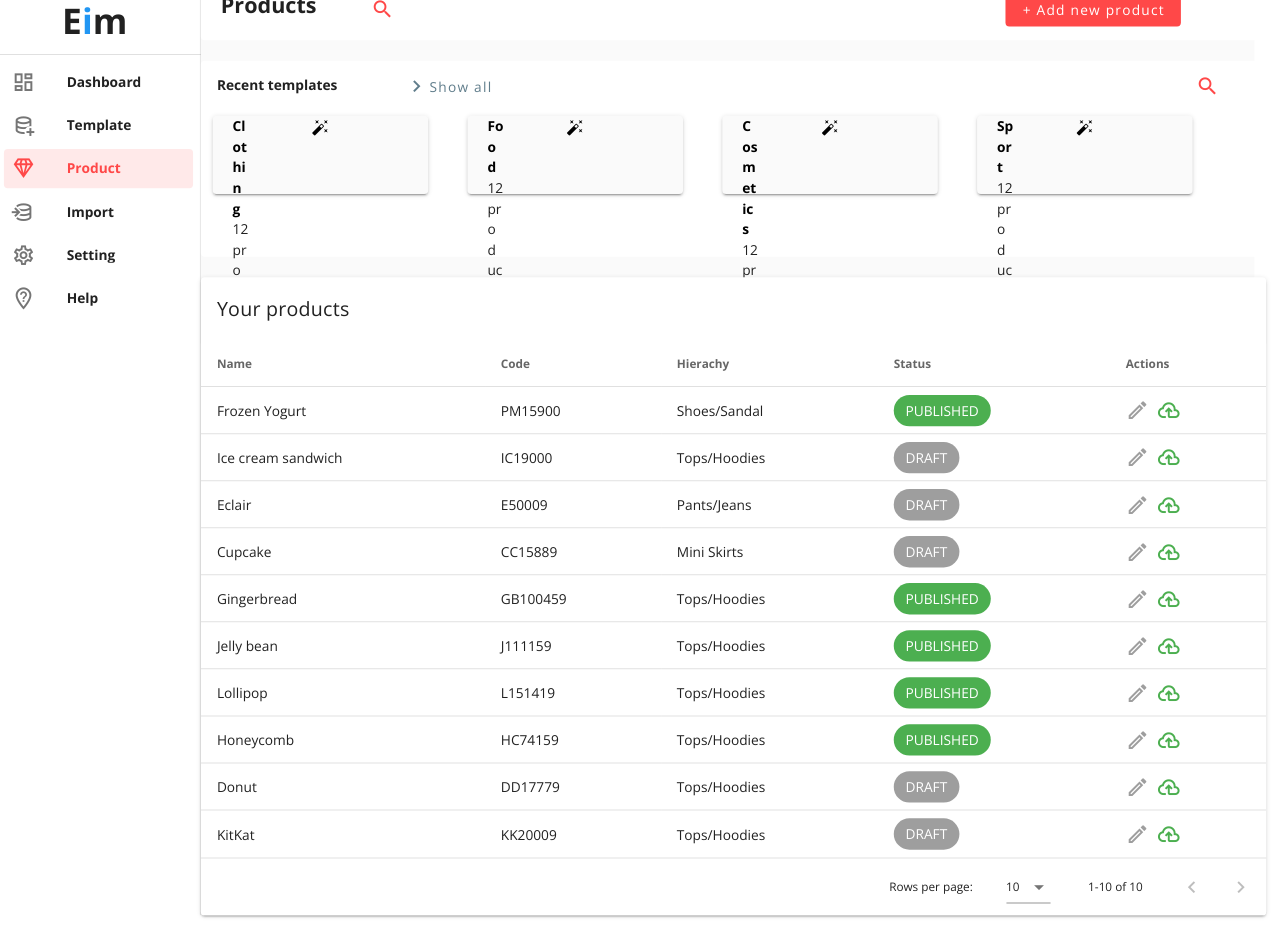
Repository: nguyenphuong152/pim-template
Page: /product
An editor plug-in stored every save of this project. The page is shown before and after the next save, followed by the edit.
The browser window is 1280 px wide. The page is 1304 px wide, so the pictures cover 1304 px, including what lies to the right of the window. The pictures show the whole page, at 98% of full size.
The project was rebuilt for these pictures with package versions that can differ from the ones it lists, and the page was loaded fresh each time. Also part of the build but not shown: vue.config.js, src/views/Home.vue, src/components/Outcome_1/SearchTemplate.vue, src/components/Outcome_1/YourTemplate.vue, src/components/Outcome_1/ListComponent.vue, src/components/Outcome_1/AddInfo.vue, src/components/Outcome_1/AddDetail.vue, src/components/Outcome_1/ListComponentProgressive.vue and 18 more.

Above is the page before, as saved 2021-01-19 09:30:42.

After the next save:
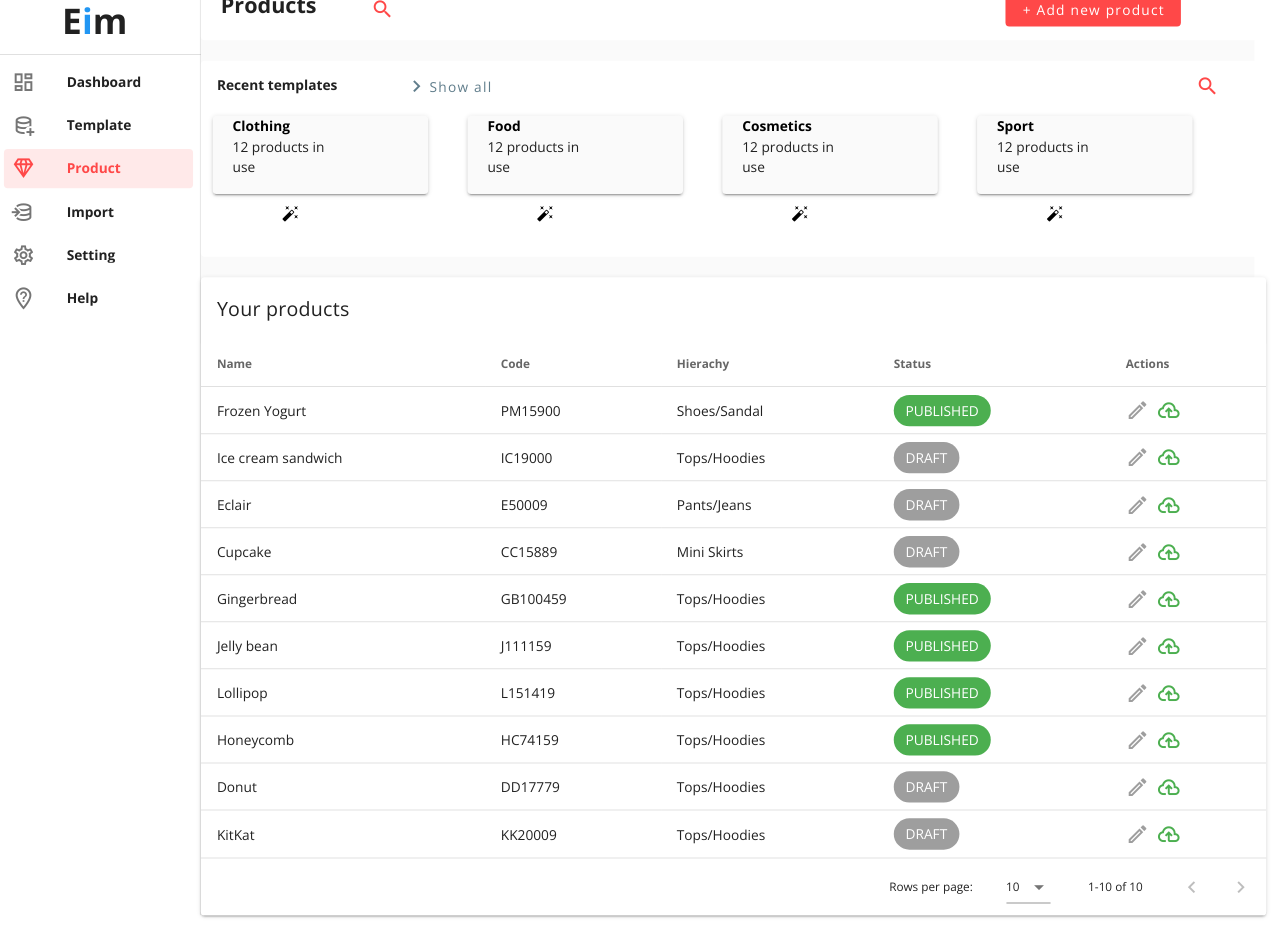
Saved 4 s later.
--- a/src/components/Outcome_2/RecentTemplate.vue
+++ b/src/components/Outcome_2/RecentTemplate.vue
@@ -70,7 +70,7 @@
       >
         <div class="d-flex child-flex justify-space-between">
           <v-row>
-            <v-col class="text-start pl-8" cols="4">
+            <v-col class="text-start pl-8" cols="10">
               <span class="template-title font-weight-bold black--text">{{
                 item.name
               }}</span>
